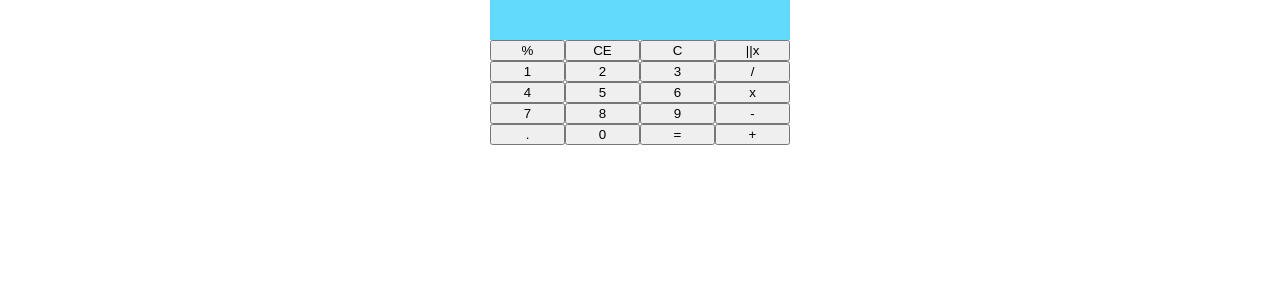
Repository: hoangphuong965/calculator_react
Page: /
These files come from the project's save history. The page is drawn as it stood at one moment and after the next save; the edit follows.
The browser window is 1280 px wide. The pictures show the whole page.
The project was rebuilt for these pictures with package versions that can differ from the ones it lists, and the page was loaded fresh each time.

Above is the page before, as saved 2020-08-04 11:13:53.

After the next save:
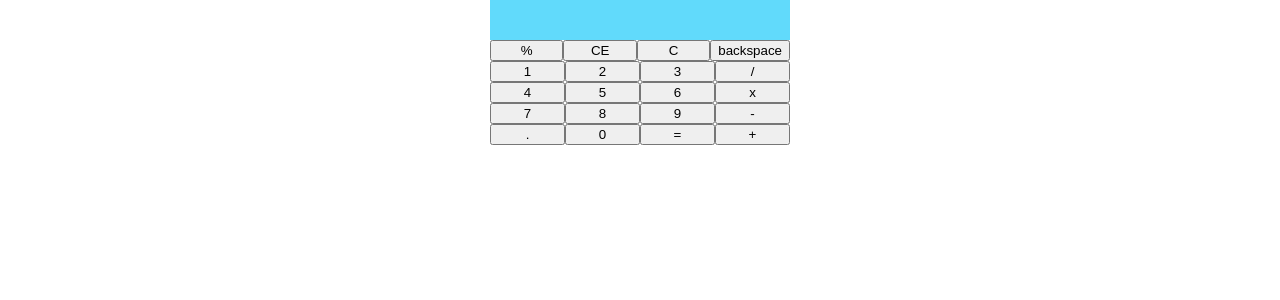
Saved 100 s later.
--- a/src/component/Key.js
+++ b/src/component/Key.js
@@ -19,7 +19,7 @@ const Key = ({ buttonPress }) => {
             C
           </button>
           <button name="clear" onClick={button}>
-            ||x
+            backspace
           </button>
         </div>
         <div className="key-number">
